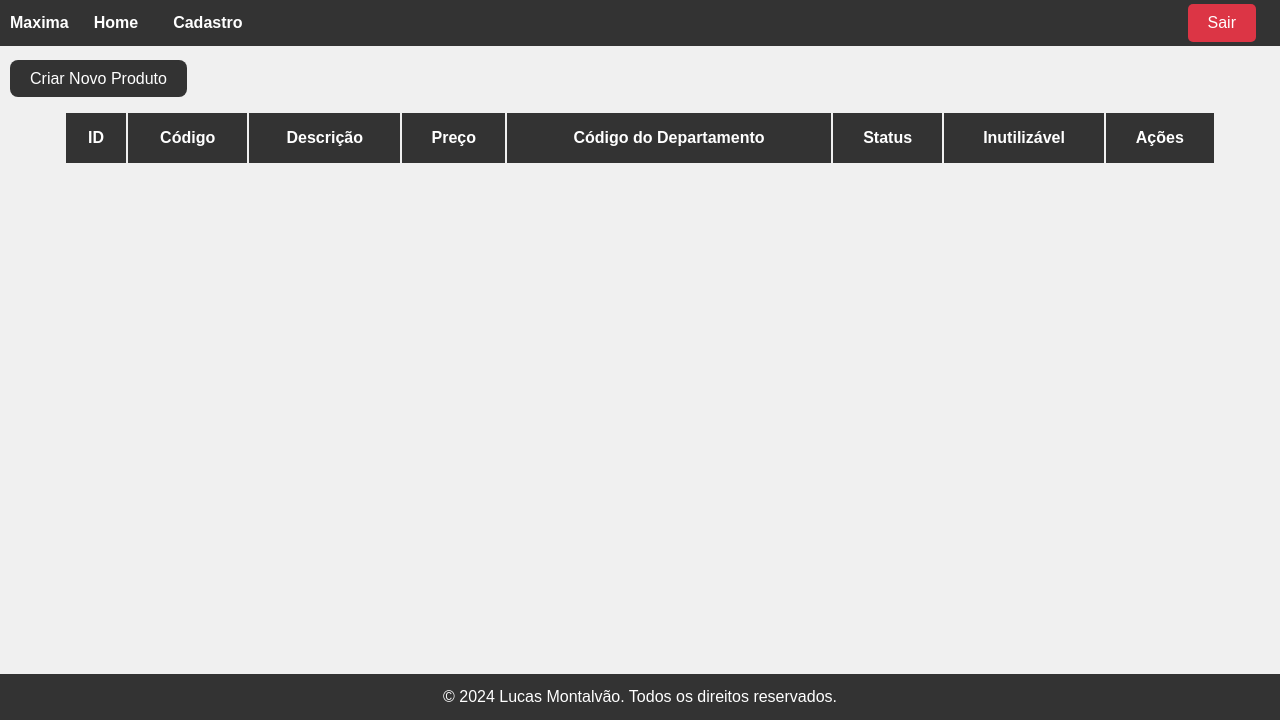
Repository: LucasMontalvao1/ProjetoMaxima
Page: /produto (app in AngularMaxima/)
The author's editor kept a copy of each file at every save. The page is drawn from the files as they stood at one save, then again after a run of saves.
The browser window is 1280 px wide. The pictures show the whole page.
The page's requests for data from a server got no answer. The project was rebuilt for these pictures with package versions that can differ from the ones it lists, and the page was loaded fresh each time. No one was signed in, and anything a server would have sent is missing. Also part of the build but not shown: AngularMaxima/angular.json, AngularMaxima/src/app/pages/login/login.component.ts, AngularMaxima/src/app/pages/home/home.component.ts.

Above is the page before, as saved 2024-07-14 20:32:41.

### AngularMaxima/src/index.html
<!doctype html>
<html lang="en">
<head>
  <meta charset="utf-8">
  <title>AngularMaxima</title>
  <base href="/">
  <meta name="viewport" content="width=device-width, initial-scale=1">
  <link rel="icon" type="image/x-icon" href="favicon.ico">
</head>
<body>
  <app-root></app-root>
</body>
</html>

### AngularMaxima/src/styles.css
* {
  margin: 0;
  padding: 0;
  box-sizing: border-box;
}

body {
  font-family: Arial, sans-serif;
  background-color: #f0f0f0;
  font-size: 16px;
  line-height: 1.6;
}

.container {
  display: flex;
  flex-direction: column;
  justify-content: space-between;
  min-height: 100vh;
}

### AngularMaxima/src/app/app.module.ts
import { NgModule } from '@angular/core';
import { BrowserModule } from '@angular/platform-browser';

import { AppRoutingModule } from './app-routing.module';
import { AppComponent } from './app.component';
import { LoginComponent } from './pages/login/login.component';
import { ReactiveFormsModule } from '@angular/forms';
import { HttpClientModule } from '@angular/common/http';
import { AuthService } from './services/auth.service';
import { HomeComponent } from './pages/home/home.component';
import { MenuComponent } from './layout/menu/menu.component';
import { FooterComponent } from './layout/footer/footer.component';
import { ProdutosComponent } from './pages/produto/produto.component';

@NgModule({
  declarations: [
    AppComponent,
    LoginComponent,
    HomeComponent,
    MenuComponent,
    FooterComponent,
    ProdutosComponent,

  ],
  imports: [
    BrowserModule,
    AppRoutingModule,
    ReactiveFormsModule,
    HttpClientModule
  ],
  providers: [AuthService],
  bootstrap: [AppComponent]
})
export class AppModule { }

### AngularMaxima/src/app/app-routing.module.ts
import { NgModule } from '@angular/core';
import { RouterModule, Routes } from '@angular/router';
import { LoginComponent } from './pages/login/login.component';
import { HomeComponent } from './pages/home/home.component';
import { ProdutosComponent } from './pages/produto/produto.component';

const routes: Routes = [
  { path: '', redirectTo: '/login', pathMatch: 'full'},
  { path: 'login', component: LoginComponent},
  { path: 'home', component: HomeComponent},
  { path: 'produto', component: ProdutosComponent},
  { path: 'home', component: HomeComponent},
];

@NgModule({
  imports: [RouterModule.forRoot(routes)],
  exports: [RouterModule]
})
export class AppRoutingModule { }

### AngularMaxima/src/app/app.component.ts
import { Component } from '@angular/core';

@Component({
  selector: 'app-root',
  templateUrl: './app.component.html',
  styleUrls: ['./app.component.css']
})
export class AppComponent {
  title = 'AngularMaxima';
}

### AngularMaxima/src/app/services/auth.service.ts
import { Injectable } from '@angular/core';
import { HttpClient } from '@angular/common/http';
import { Observable } from 'rxjs';
import { environment } from '../../../src/environments/environment';
import { Router } from '@angular/router';

@Injectable({
  providedIn: 'root'
})
export class AuthService {

  private apiUrl = environment.apiUrl;

  constructor(private http: HttpClient, private router: Router) { }

  login(username: string, password: string): Observable<any> {
    const body = { username, password };
    return this.http.post<any>(`${this.apiUrl}/login`, body, { responseType: 'text' as 'json' });
  }

    logout() {
    this.router.navigate(['/login']);
    }
}

### AngularMaxima/src/app/layout/menu/menu.component.ts
import { Component } from '@angular/core';
import { AuthService } from '../../services/auth.service';

@Component({
  selector: 'app-menu',
  templateUrl: './menu.component.html',
  styleUrls: ['./menu.component.css']
})
export class MenuComponent {

  constructor(private authService: AuthService) {}

  logout() {
    this.authService.logout();
  }
}

### AngularMaxima/src/app/pages/produto/produto.component.ts
import { Component, OnInit } from '@angular/core';
import { Produto } from '../../models/produto.model';
import { ProdutoService } from '../../services/produto.service';

@Component({
  selector: 'app-produtos',
  templateUrl: './produto.component.html',
  styleUrls: ['./produto.component.css']
})
export class ProdutosComponent implements OnInit {
  produtos: Produto[] = [];

  constructor(private produtoService: ProdutoService) { }

  ngOnInit(): void {
    this.carregarProdutos();
  }

  carregarProdutos(): void {
    this.produtoService.getAllProdutos().subscribe(
      (data: Produto[]) => {
        this.produtos = data;
      },
      (error) => {
        console.error('Erro ao carregar produtos:', error);
      }
    );
  }

  buscarProdutoPorId(id: number): void {
    this.produtoService.getProdutoById(id).subscribe(
      (produto: Produto) => {
        console.log('Produto encontrado:', produto);
      },
      (error) => {
        console.error('Erro ao buscar produto por ID:', error);
      }
    );
  }


  criarProduto(): void {
    const novoProduto: Produto = {
      codigo: 'NovoCodigo',
      descricao: 'Nova Descrição',
      preco: 0,
      departamentoCodigo: '001',
      status: 0,
      inutilizavel: 0
    };

    this.produtoService.createProduto(novoProduto).subscribe(
      (response: Produto) => {
        console.log('Produto criado com sucesso:', response);
        this.carregarProdutos(); // Recarrega a lista de produtos após criar um novo
      },
      (error) => {
        console.error('Erro ao criar produto:', error);
      }
    );
  }

  editarProduto(id: number): void {
    // Implemente conforme necessário, utilizando o serviço ProdutoService
    // Exemplo de uso: this.produtoService.updateProduto(id, produto).subscribe(...)
  }

  detalhesProduto(id: number): void {
    // Implemente conforme necessário, utilizando o serviço ProdutoService
    // Exemplo de uso: this.produtoService.getProdutoById(id).subscribe(...)
  }

  excluirProduto(id: number): void {
    if (confirm('Tem certeza que deseja apagar este produto?')) {
      this.produtoService.deleteProduto(id).subscribe(
        () => {
          console.log('Produto excluído com sucesso.');
          this.carregarProdutos(); // Recarrega a lista de produtos após excluir um produto
        },
        (error) => {
          console.error('Erro ao apagar produto:', error);
        }
      );
    }
  }
}

### AngularMaxima/src/environments/environment.ts
export const environment = {
  production: false,
  apiUrl: 'https://localhost:7041'
};

### AngularMaxima/src/app/layout/menu/menu.component.html
<div class="menu-container">
  <nav class="menu">
    <ul>
      <li>Maxima</li>
      <li><a routerLink="/home">Home</a></li>
      <li class="cadastro">
        <a href="#">Cadastro</a>
        <div class="submenu">
          <a routerLink="/produto">Produtos</a>
          <a routerLink="/departamento">Departamentos</a>
        </div>
      </li>
    </ul>
  </nav>

  <div class="user-actions">
    <button class="logout-button" (click)="logout()">Sair</button>
  </div>
</div>

### AngularMaxima/src/app/layout/menu/menu.component.css
.menu {
  background-color: #333;
  color: white;
  padding: 10px;
  display: flex;
  justify-content: space-between;
  align-items: center;
  width: 100%;
}

.menu ul {
  list-style-type: none;
  display: flex;
}

.menu ul li {
  margin-right: 15px;
  position: relative;
  font-weight: bold;
}

.menu ul li a {
  color: white;
  text-decoration: none;
  font-weight: bold;
  padding: 10px;
  position: relative;
}

.menu ul li a:hover {
  text-decoration: underline;
}

.submenu {
  display: none;
  position: absolute;
  background-color: #333;
  padding: 10px;
  top: 100%;
  left: 0;
  z-index: 1;
  width: 200px;
}

.menu ul li.cadastro:hover .submenu {
  display: block;
}

.submenu a {
  display: block;
  color: white;
  text-decoration: none;
  padding: 8px 12px;
}

.submenu a:hover {
  background-color: #555;
}

.user-actions {
  margin-left: auto;
}

.logout-button {
  background-color: #dc3545;
  color: white;
  border: none;
  padding: 10px 20px;
  border-radius: 5px;
  cursor: pointer;
  font-size: 1rem;
  margin: 4px;
}

.logout-button:hover {
  background-color: #c82333;
}

.header {
  position: fixed;
  top: 0;
  left: 0;
  width: 100%;
  background-color: #333;
  color: white;
  padding: 10px 20px;
  display: flex;
  justify-content: space-between;
  align-items: center;
}

.menu-container {
  display: flex;
  align-items: center;
}

.user-actions {
  position: absolute;
  top: 0;
  right: 20px;
}

### AngularMaxima/src/app/layout/footer/footer.component.html
<footer class="footer">
  <p>&copy; 2024 Lucas Montalvão. Todos os direitos reservados.</p>
</footer>

### AngularMaxima/src/app/layout/footer/footer.component.css
.footer {
  background-color: #333;
  color: white;
  text-align: center;
  padding: 10px 0;
  width: 100%;
  position: fixed;
  bottom: 0;
  left: 0;
  z-index: 1000;
}

### AngularMaxima/src/app/pages/produto/produto.component.html
<app-menu></app-menu>

<div class="btn-create-espaco">
    <p>
        <a routerLink="/produtos/create" class="btn btn-criar">Criar Novo Produto</a>
    </p>

<table class="table table-striped table-hover">
    <thead>
        <tr>
            <th>ID</th>
            <th>Código</th>
            <th>Descrição</th>
            <th>Preço</th>
            <th>Código do Departamento</th>
            <th>Status</th>
            <th>Inutilizável</th>
            <th>Ações</th>
        </tr>
    </thead>
    <tbody>
        <tr *ngFor="let produto of produtos">
            <td>{{ produto.id }}</td>
            <td>{{ produto.codigo }}</td>
            <td>{{ produto.descricao }}</td>
            <td>{{ produto.preco | currency }}</td>
            <td>{{ produto.departamentoCodigo }}</td>
            <td>
                <ng-container *ngIf="produto.status === 0">Inativo</ng-container>
                <ng-container *ngIf="produto.status === 1">Ativo</ng-container>
            </td>
            <td>{{ produto.inutilizavel }}</td>
            <td>
                <a routerLink="/produto/edit/{{ produto.id }}" class="btn btn-primary">Editar</a>
                <a routerLink="/produto/details/{{ produto.id }}" class="btn btn-primary">Detalhes</a>
                <button (click)="(produto.id)" class="btn btn-danger">Apagar</button>
            </td>
        </tr>
    </tbody>
</table>
</div>
<app-footer></app-footer>

### AngularMaxima/src/app/pages/produto/produto.component.css
.table {
  width: 90%;
  margin: 20px auto 60px; /* Adiciona uma margem inferior para respeitar o footer */
}

.table th, .table td {
  text-align: center;
  padding: 12px;
}

.table th {
  background-color: #333;
  color: white;
  font-size: 16px;
  font-weight: bold;
}

.table td {
  background-color: #f8f9fa;
}

.table .btn {
  border-radius: 8px;
  margin-right: 15px;
  padding: 10px 16px;
  cursor: pointer;
}

.table .btn-primary {
  background-color: #333;
  color: white;
}

.table .btn-primary:hover {
  background-color: #0056b3;
}

.table .btn-danger {
  background-color: #dc3545;
  color: white;
}

.table .btn-danger:hover {
  background-color: #c82333;
}

.btn-criar {
  background-color: #333;
  color: white;
  border: none;
  padding: 10px 20px;
  border-radius: 8px;
  cursor: pointer;
  text-decoration: none;
  margin: 10px;
}

.btn-criar:hover {
  background-color: #0056b3;
}

.btn-create-espaco {
  margin-top: 20px;
}

### AngularMaxima/src/app/services/produto.service.ts
import { Injectable } from '@angular/core';
import { HttpClient } from '@angular/common/http';
import { Observable } from 'rxjs';
import { environment } from '../../../src/environments/environment';
import { Router } from '@angular/router';
import { Produto } from '../models/produto.model';

@Injectable({
  providedIn: 'root'
})
export class ProdutoService {

  private apiUrl = environment.apiUrl;

  constructor(private http: HttpClient, private router: Router) { }

  getAllProdutos(): Observable<Produto[]> {
    return this.http.get<Produto[]>(`${this.apiUrl}/produto`);
  }

  getProdutoById(id: number): Observable<Produto> {
    return this.http.get<Produto>(`${this.apiUrl}/produtos/${id}`);
  }

  createProduto(produto: Produto): Observable<Produto> {
    return this.http.post<Produto>(`${this.apiUrl}/produtos`, produto);
  }

  updateProduto(id: number, produto: Produto): Observable<Produto> {
    return this.http.put<Produto>(`${this.apiUrl}/produtos/${id}`, produto);
  }

  deleteProduto(id: number): Observable<any> {
    return this.http.delete<any>(`${this.apiUrl}/produtos/${id}`);
  }
}

Loaded but not shown: AngularMaxima/src/main.ts (common file); AngularMaxima/src/app/layout/footer/footer.component.ts (common file); AngularMaxima/src/app/app.component.html (common file); AngularMaxima/src/app/app.component.css (no stored copy; drawn as an empty file)

After the next 2 saves:
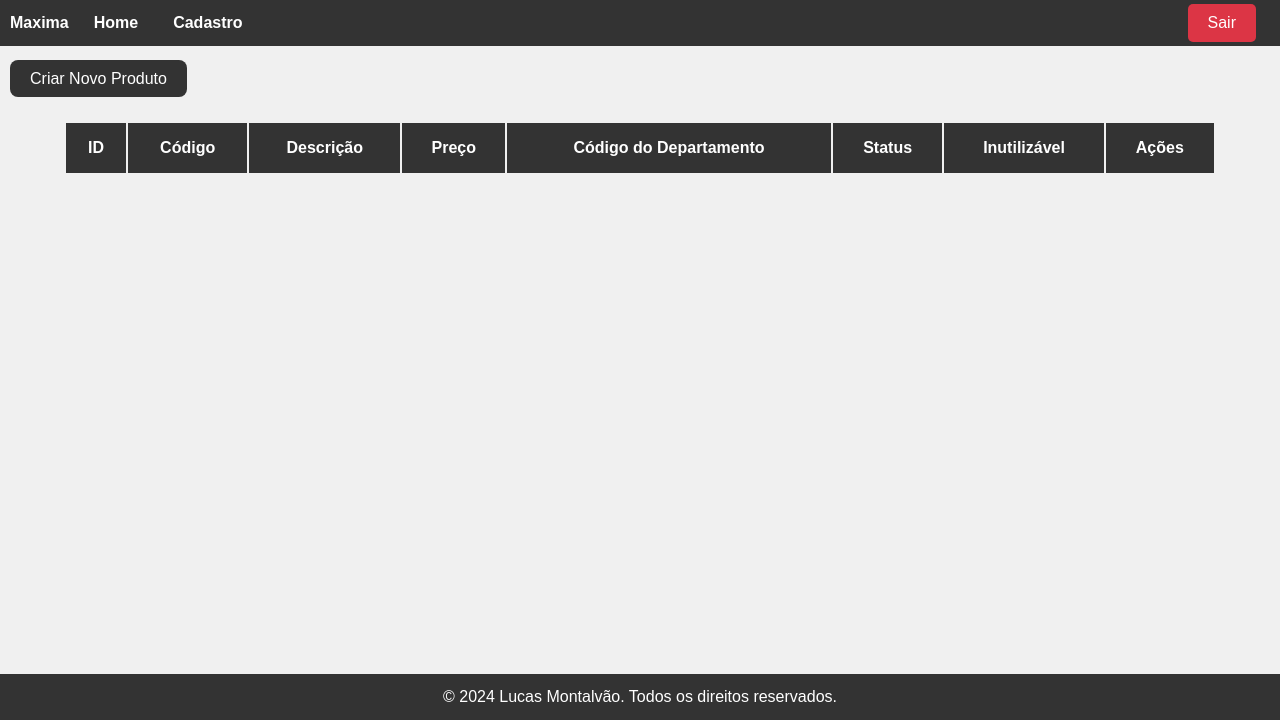
The 2 saves are shown as one change because they came seconds apart.
The last was saved 17 s later.
--- a/AngularMaxima/src/app/pages/produto/produto.component.css
+++ b/AngularMaxima/src/app/pages/produto/produto.component.css
@@ -1,6 +1,6 @@
 .table {
   width: 90%;
-  margin: 20px auto 60px; /* Adiciona uma margem inferior para respeitar o footer */
+  margin: 30px auto 60px;
 }
 
 .table th, .table td {
